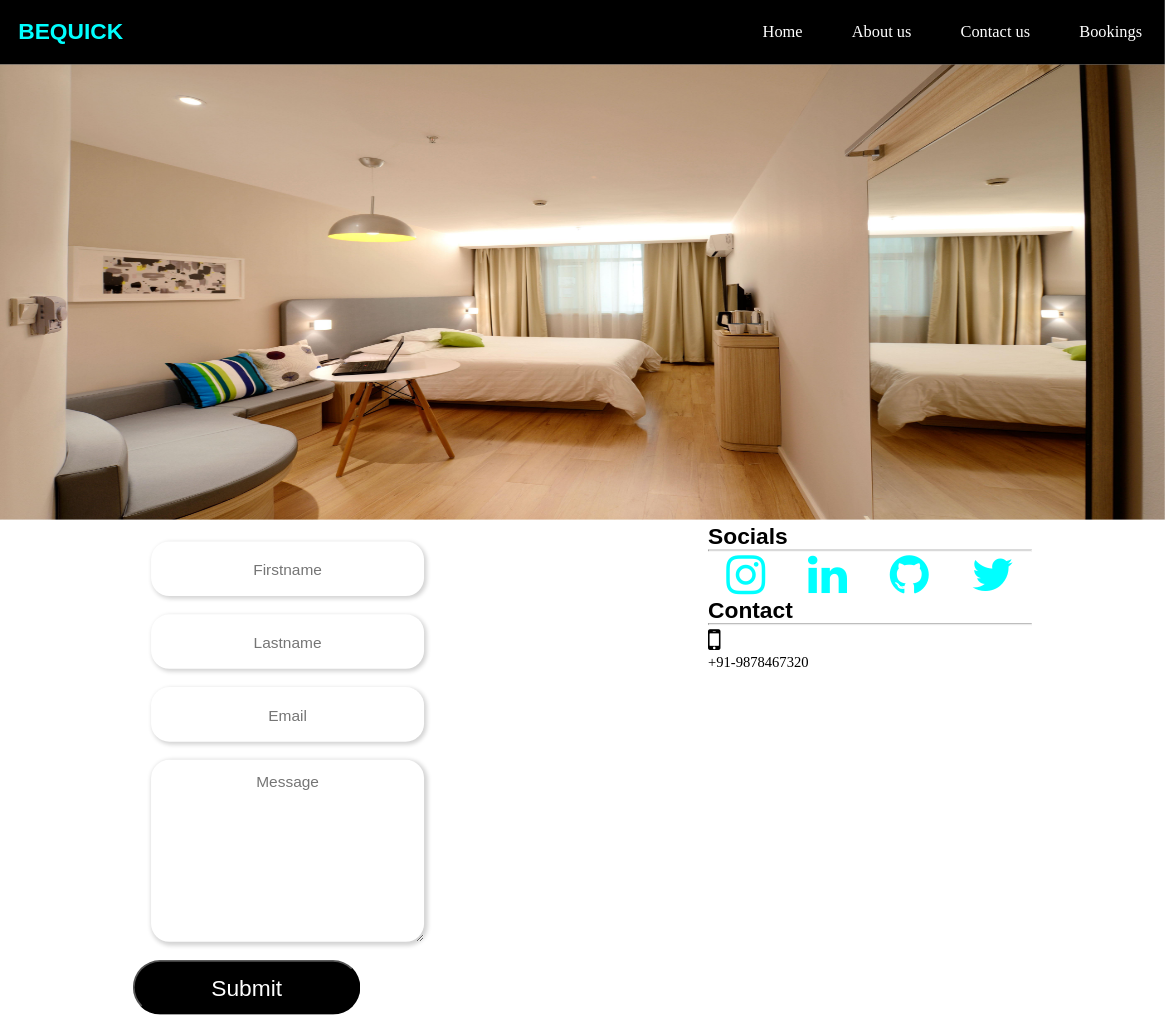
Repository: Ayushi6Sharma/BEQUICK_Hotel_Booking_Web
Page: about.html
These files come from the project's save history. The page is drawn as it stood at one moment and after the next save; the edit follows.
The browser window is 1280 px wide. The pictures show the whole page, at 91% of full size.

Above is the page before, as saved 2022-05-10 00:45:27.

After the next save:
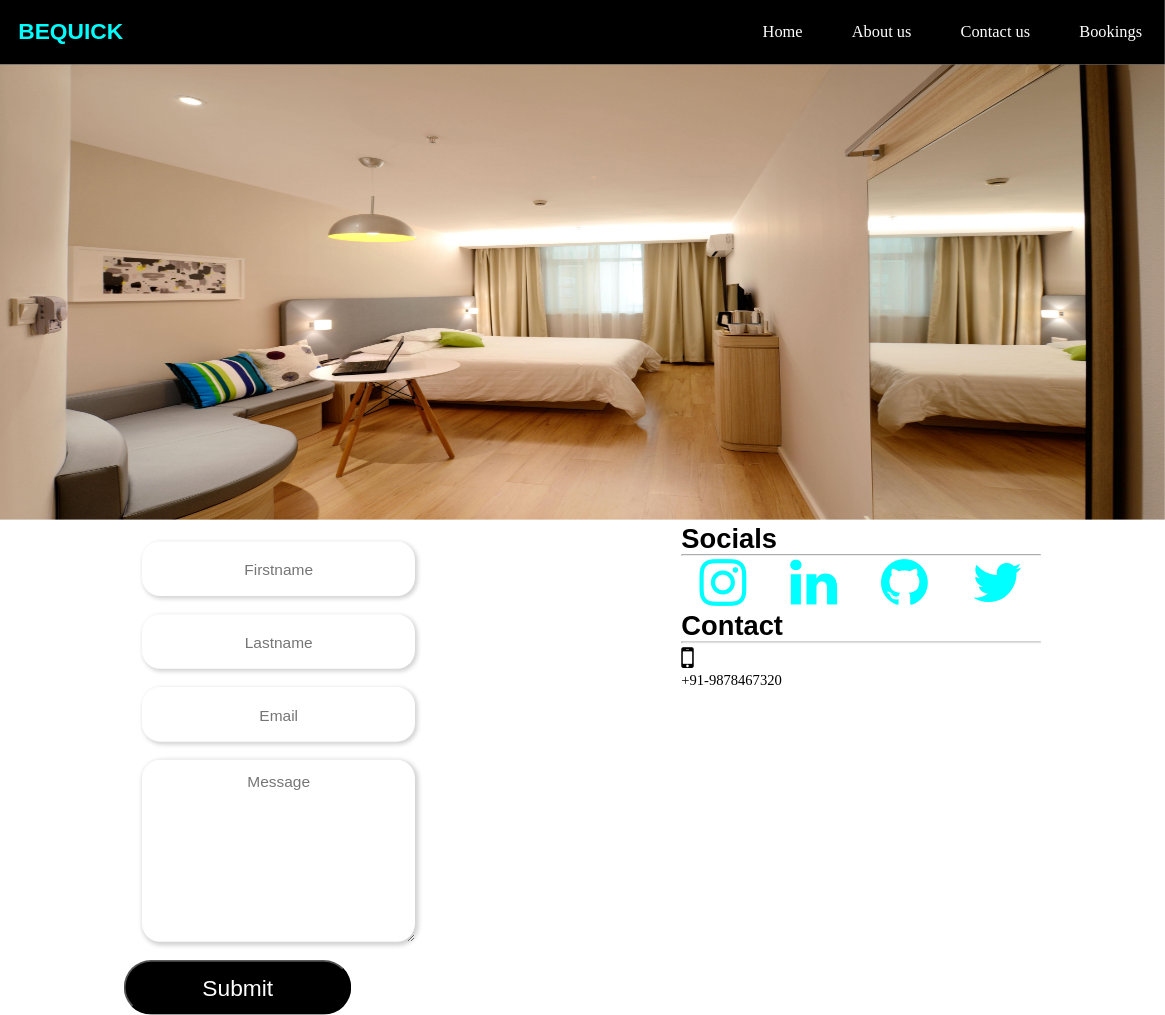
Saved 22 s later.
--- a/style/aboutstyle.css
+++ b/style/aboutstyle.css
@@ -70,7 +70,7 @@ textarea
 }
 .contact-info-heading
 {
-    font-size: 25px;
+    font-size: 30px;
     font-weight: bold;
     font-family: sans-serif;
 }
